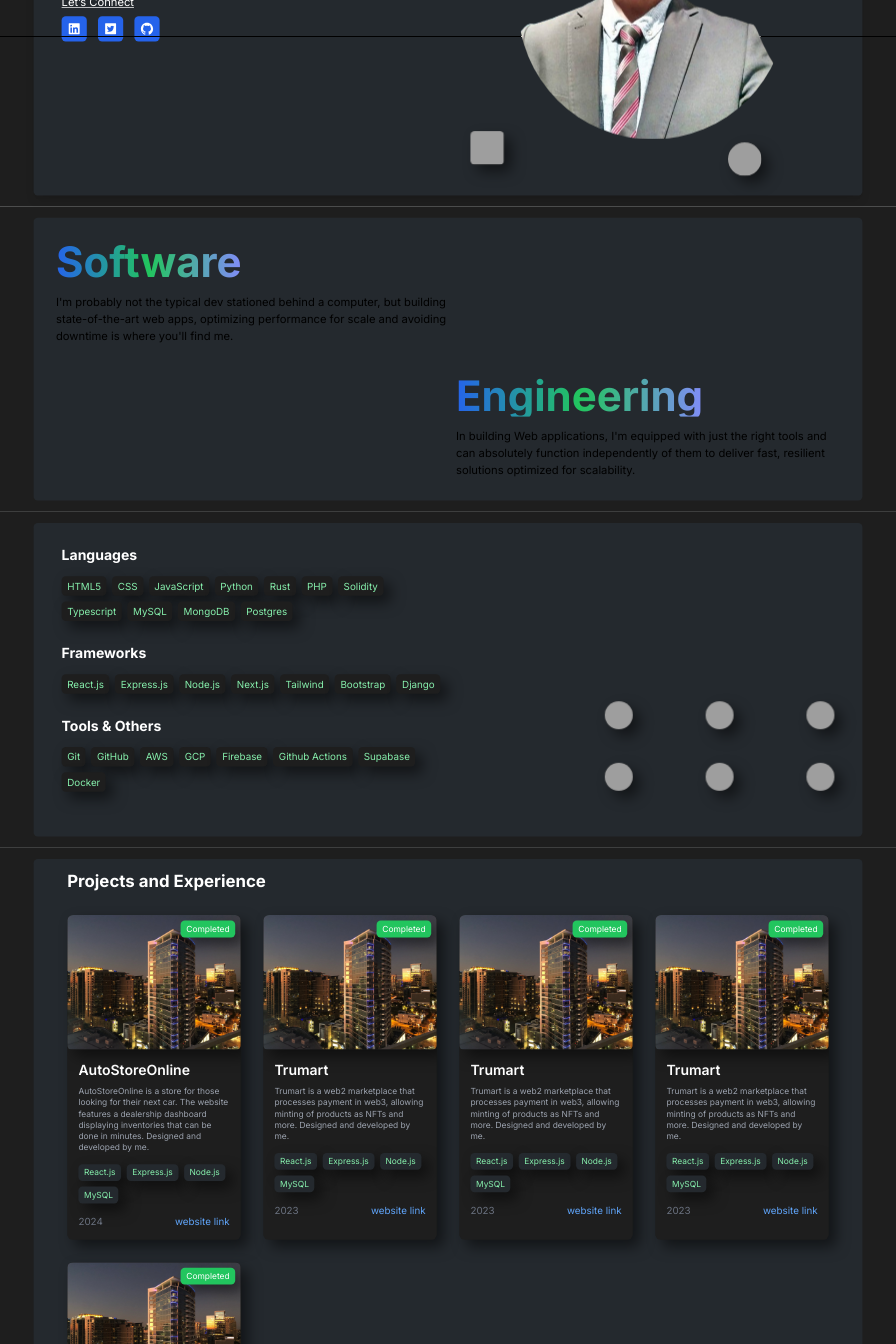
Repository: muhammedctgr/hammedctgr
Page: /
An editor plug-in stored every save of this project. The page is shown before and after a run of saves, followed by the edit.
The browser window is 1280 px wide. The pictures show the part of the page from y = 313 to 2233 px (the page is 2596 px tall), at 70% of full size.
Pictures or frames that could not be fetched are drawn as grey boxes. The project was rebuilt for these pictures with package versions that can differ from the ones it lists, and the page was loaded fresh each time. The framework's server and built-in components were replaced by stand-ins that run in the browser. Also part of the build but not shown: next.config.mjs.

Above is the page before, as saved 2024-08-12 22:56:09.

After the next 3 saves:
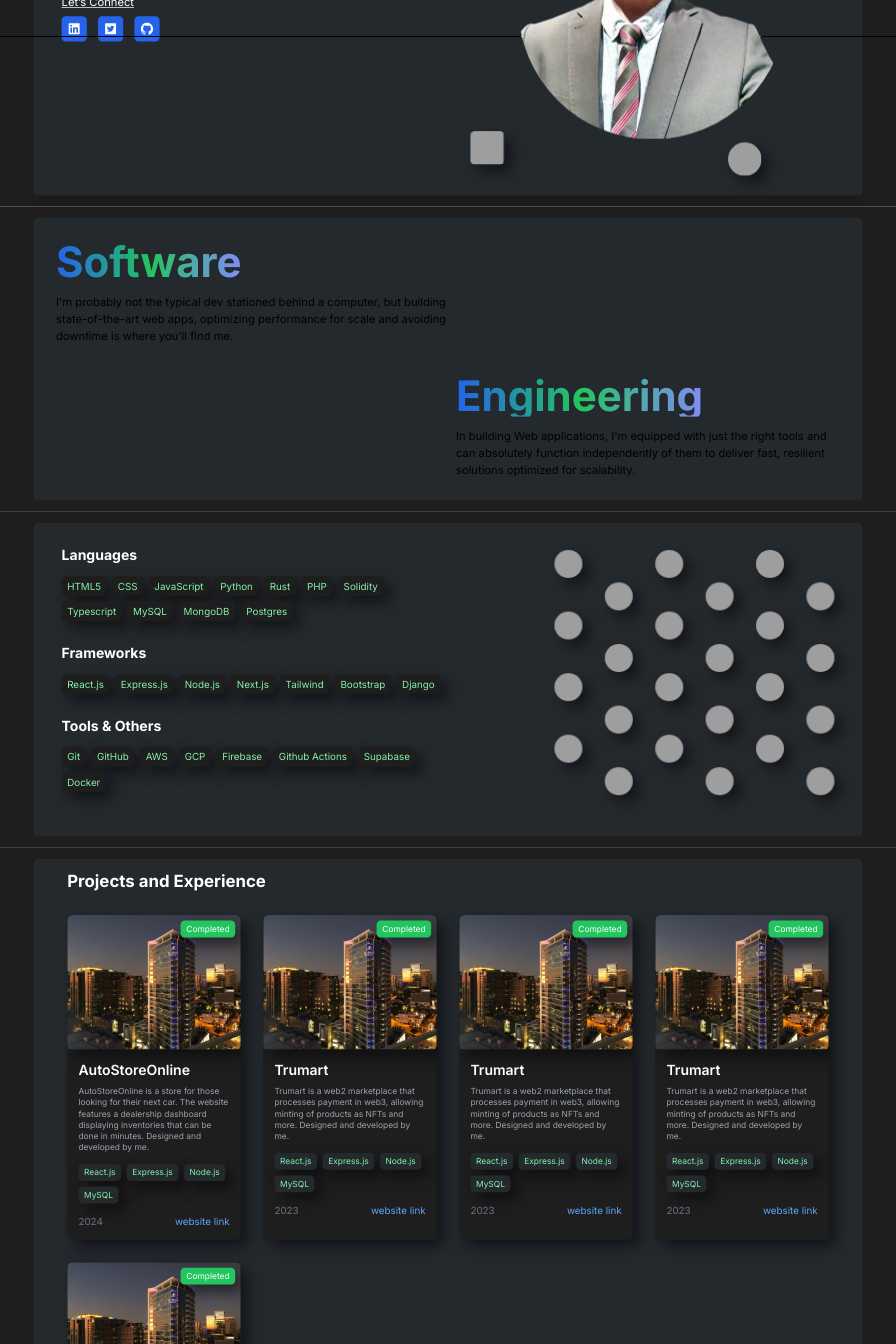
The 3 saves are shown as one change because they came seconds apart.
The last was saved 40 s later.
--- a/app/globals.css
+++ b/app/globals.css
@@ -66,7 +66,7 @@ body {
 
 @keyframes scroll-fast {
   0% {
-    transform: translateY(-100);
+    transform: translateY(-100%);
   }
   100% {
     transform: translateY(100vh);
@@ -75,7 +75,7 @@ body {
 
 @keyframes scroll-upfast {
   0% {
-    transform: translateY(100vh);
+    transform: translateY(100%);
   }
   100% {
     transform: translateY(-100%);
@@ -83,7 +83,7 @@ body {
 }
 
 .animate-scroll-upfast {
-  animation: scroll-upfast 9s linear infinite;
+  animation: scroll-upfast 2s linear infinite;
 }
 
 .animate-scroll-slow {
@@ -95,7 +95,7 @@ body {
 }
 
 .animate-scroll-fast {
-  animation: scroll-fast 9s linear infinite;
+  animation: scroll-fast 2s linear infinite;
 }
 
 .animate-scroll-delay {
